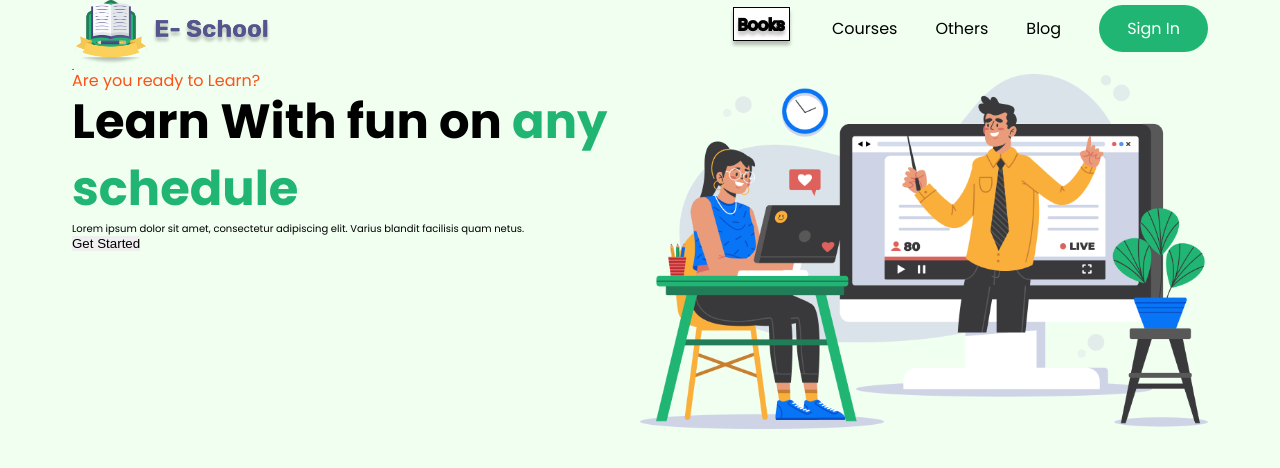
Repository: bijaythakur-code/E-school
Page: index.html
An editor plug-in stored every save of this project. The page is shown before and after the next save, followed by the edit.
The browser window is 1280 px wide. The pictures show the whole page.

Above is the page before, as saved 2022-05-11 15:22:42.
Console error: TypeError: Cannot set properties of null (setting 'textContent')

### index.html
<!DOCTYPE html>
<html lang="en">
  <head>
    <meta charset="UTF-8" />
    <meta http-equiv="X-UA-Compatible" content="IE=edge" />
    <meta name="viewport" content="width=device-width, initial-scale=1.0" />

    <link rel="preconnect" href="https://fonts.googleapis.com" />
    <link rel="preconnect" href="https://fonts.gstatic.com" crossorigin />
    <link
      href="https://fonts.googleapis.com/css2?family=Poppins:wght@400;500;700&family=Roboto&display=swap"
      rel="stylesheet"
    />

    <link rel="stylesheet" href="/css/general.css" />
    <link rel="stylesheet" href="/css/style.css" />
    <link rel="stylesheet" href="/css/queries.css" />
    <title>Starter Project</title>
  </head>
  <body>
    <header>
      <div class="container">
        <nav>
          <div class="logo">
            <a href="/">
              <img src="/img/logo.png" alt="E-school logo" />
            </a>
          </div>
          <ul class="main-nav">
            <li>
              <a href="/">
                <img src="/img/img-icon-books-nav.png" alt="E-school Books" />
              </a>
            </li>
            <li>
              <a class="nav-link" href="#">Courses</a>
            </li>
            <li>
              <a class="nav-link" href="#">Others</a>
            </li>
            <li>
              <a class="nav-link" href="#">Blog</a>
            </li>
            <li>
              <a class="sign-in nav-link" href="#">Sign In</a>
            </li>
          </ul>
        </nav>

        <!-- hero section -->
        .
        <div class="hero">
          <div class="hero-left">
            <p class="are-you-ready">Are you ready to Learn?</p>
            <h1>Learn With fun on <span class="h1-span">any schedule</span></h1>
            <p>
              Lorem ipsum dolor sit amet, consectetur adipiscing elit. Varius
              blandit facilisis quam netus.
            </p>
            <a href="#">
              <button class="btn-get-started">Get Started</button>
            </a>
          </div>
          <div class="hero-right">
            <img src="/img/image-hero.png" alt="E-school hero" />
        </div>
      </div>
    </header>
    <script src="js/script.js"></script>
  </body>
</html>

### css/general.css
/*
--- 01 TYPOGRAPHY SYSTEM

- Font sizes (px)


- Font weights
Default: 400
Medium: 500

Bold: 700


- Line heights
Default: 1
Small: 1.05
Medium: 1.2
Paragraph default: 1.6
Large: 1.8

- Letter spacing
-0.5px
0.75px

--- 02 COLORS

#000000 -- black
#21B573 -- primary
#FFFFFF -- white
#FD511A -- primary-shade-one
#413960 -- secondary
#585859 -- secondary-tint-one
#282531 -- footer background
#CDCDCD -- primary-tint-one

#F0FFF0 -- hero background

- Primary:
- Tints:


- Shades:


- Accents:
- Greys


--- 05 SHADOWS


--- 06 BORDER-RADIUS

Default: 9px
Medium: 11px

--- 07 WHITESPACE

- Spacing system (px)

*/

:root {
  /* COLORS VARIABLES */
  --primary-color: #21b573;
  --primary-shade-one: #fd511a;
  --primary-tint-one: #cdcdcd;

  --secondary-color: #413960;
  --secondary-tint-one: #585859;

  --hero-background: #f0fff0;
  --footer-background: #282531;

  --black-color: #000000;
  --white-color: #ffffff;
}

*,
*::after,
*::before {
  padding: 0;
  margin: 0;
  box-sizing: border-box;
}

html {
  /* font-size: 10px; */

  /* 10px / 16px = 0.625 = 62.5% */
  /* Percentage of user's browser font-size setting */
  font-size: 62.5%;

  /* Does NOT work on Safari */
  /* scroll-behavior: smooth; */
}

body {
  font-family: 'Poppins', sans-serif;
  line-height: 140%;
  font-weight: 400;
}

ul {
  list-style: none;
}

a {
  text-decoration: none;
}

img {
  max-width: 100%;
  height: auto;
}

button {
  border: none;
  outline: none;
  cursor: pointer;
}

/*=============== GENERAL REUSABLE CSS CLASSES ===============*/

.container {
  /* 1200px */
  max-width: 120rem;
  padding: 0 3.2rem;
  margin: 0 auto;
}

### css/style.css
/*=============== HEADER & NAV ===============*/

header {
  background-color: var(--hero-background);
  height: 100vh;
}
nav {
  display: flex;
  justify-content: space-between;
}

.main-nav {
  display: flex;
  justify-content: space-between;
  align-items: center;
  gap: 38px;
}

.logo {
  height: 60px;
  width: 200px;
}

.nav-link {
  font-family: 'Poppins', sans-serif;
  font-weight: 400;
  font-size: 16px;
  color: #000000;
}

.sign-in {
  color: #ffffff;
  padding: 12px 28px;
  width: 104px;
  height: 43px;
  background: #21b573;
  border-radius: 33px;
}

/* mobile menu */

/*=============== HERO SECTION ===============*/

.hero {
  display: flex;
}

.hero-left {
  width: 50%;
  display: flex;
  flex-direction: column;
}

.are-you-ready {
  font-family: 'Poppins', sans-serif;
  font-weight: 400;
  font-size: 16px;
  color: #fd511a;
}

h1 {
  font-family: 'Poppins', sans-serif;

  font-weight: 700;
  font-size: 48px;
  line-height: 140%;
  color: #000000;
}

.h1-span {
  color: #21b573;
}

.hero-right {
  width: 50%;
  display: flex;
  justify-content: flex-end;
  align-items: center;
}

### css/queries.css
/* rem and em do NOT depend on html font-size in media queries! Instead, 1rem = 1em = 16px */

/**************************/
/* BELOW 1344px (Smaller desktops) */
/**************************/

@media (max-width: 84em) {
}

/**************************/
/* BELOW 1200px (Landscape Tablets) */
/**************************/

@media (max-width: 75em) {
  html {
    /* 9px / 16px  */
    font-size: 56.25%;
  }
}

/**************************/
/* BELOW 944px (Tablets) */
/**************************/

@media (max-width: 59em) {
  html {
    /* 8px / 16px = 0.5 = 50% */
    font-size: 50%;
  }
}

/**************************/
/* BELOW 704px (Smaller tablets) */
/**************************/

@media (max-width: 44em) {
}

/**************************/
/* BELOW 544px (Phones) */
/**************************/

@media (max-width: 34em) {
}

### js/script.js
///////////////////////////////////////////////////////////
// Set current year
const yearEl = document.querySelector('.year')
const currentYear = new Date().getFullYear()
yearEl.textContent = currentYear

///////////////////////////////////////////////////////////
// Make mobile navigation work

const btnNavEl = document.querySelector('.btn-mobile-nav')
const headerEl = document.querySelector('.nav-container')

btnNavEl.addEventListener('click', function () {
  headerEl.classList.toggle('nav-open')
})

///////////////////////////////////////////////////////////
// Smooth scrolling animation

const allLinks = document.querySelectorAll('a:link')

allLinks.forEach(function (link) {
  link.addEventListener('click', function (e) {
    e.preventDefault()
    const href = link.getAttribute('href')

    // Scroll back to top
    if (href === '#')
      window.scrollTo({
        top: 0,
        behavior: 'smooth',
      })

    // Scroll to other links
    if (href !== '#' && href.startsWith('#')) {
      const sectionEl = document.querySelector(href)
      sectionEl.scrollIntoView({ behavior: 'smooth' })
    }

    // Close mobile naviagtion
    if (link.classList.contains('nav-link'))
      headerEl.classList.toggle('nav-open')
  })
})

///////////////////////////////////////////////////////////
// Sticky navigation

const sectionHeroEl = document.querySelector('.hero')

const obs = new IntersectionObserver(
  function (entries) {
    const ent = entries[0]
    // console.log(ent)

    if (ent.isIntersecting === false) {
      document.body.classList.add('sticky')
    }

    if (ent.isIntersecting === true) {
      document.body.classList.remove('sticky')
    }
  },
  {
    // In the viewport
    root: null,
    threshold: 0,
    rootMargin: '-80px',
  }
)
obs.observe(sectionHeroEl)

After the next save:
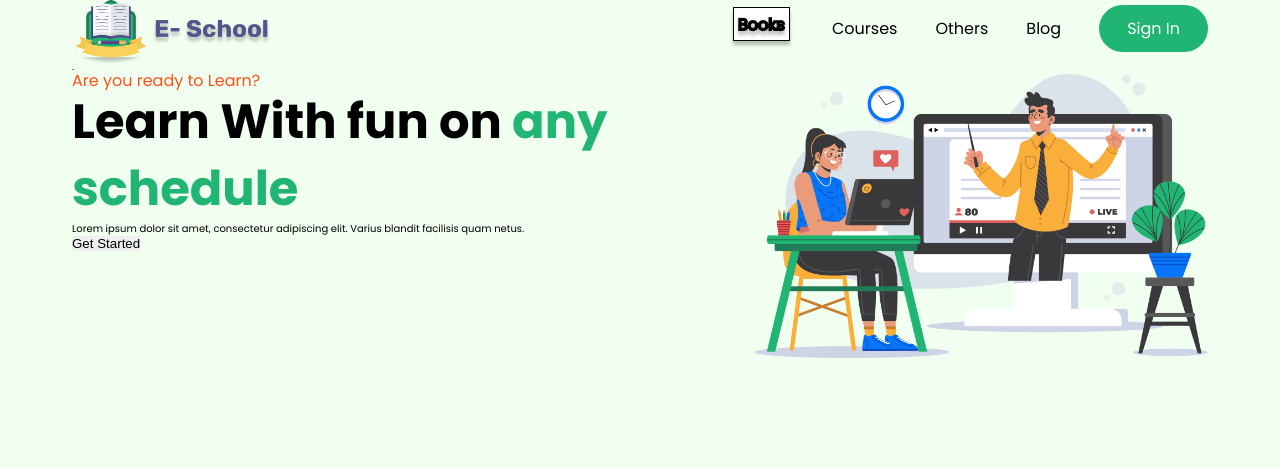
Saved 54 s later.
--- a/css/style.css
+++ b/css/style.css
@@ -77,3 +77,7 @@
   justify-content: flex-end;
   align-items: center;
 }
+
+.hero-right img {
+  width: 80%;
+}
